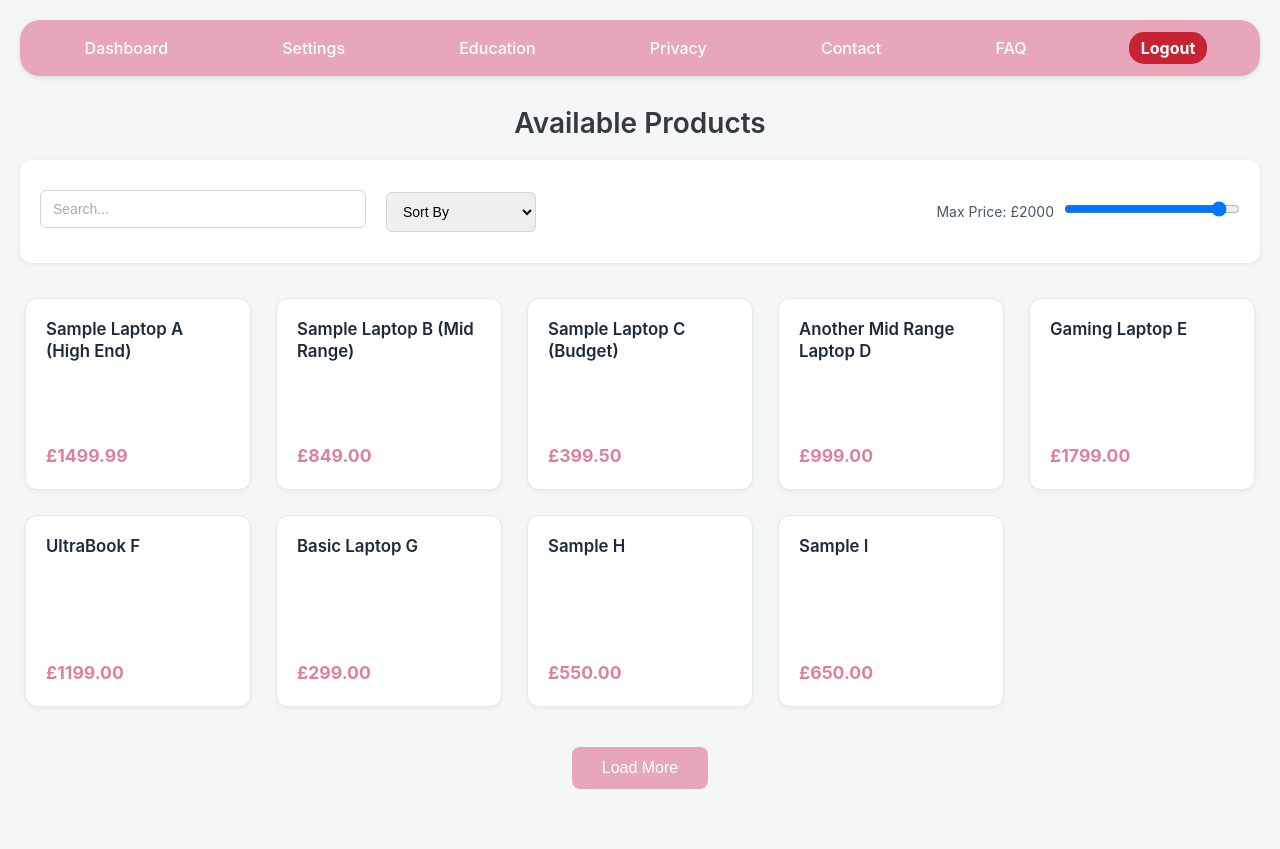
Repository: aab232/https---github.com-aab232-Deferred-Payment-Platform
Page: /main (app in frontend/)
The author's editor kept a copy of each file at every save. The page is drawn from the files as they stood at one save, then again after the next save.
The browser window is 1280 px wide. The pictures show the whole page.
The project was rebuilt for these pictures with package versions that can differ from the ones it lists, and the page was loaded fresh each time. Also part of the build but not shown: frontend/src/components/Home.js, frontend/src/components/Register.js, frontend/src/components/Login.js, frontend/src/components/BackButton.css, frontend/src/components/BackButton.js, frontend/src/components/Settings.js, frontend/src/components/Privacy.js, frontend/src/components/ContactUs.js and 9 more.

Above is the page before, as saved 2025-04-28 06:25:51.

### frontend/src/components/Main.js
import React, { useState, useEffect } from 'react';
import { useNavigate } from 'react-router-dom';
import './Main.css';
import 'react-datepicker/dist/react-datepicker.css';

const mockProducts = [
    // --- Add unique IDs if your actual data has them ---
    { id: "prodA", title: "Sample Laptop A (High End)", price: "£1499.99", link: "#product-a", numericPrice: 1499.99 },
    { id: "prodB", title: "Sample Laptop B (Mid Range)", price: "£849.00", link: "#product-b", numericPrice: 849.00 },
    { id: "prodC", title: "Sample Laptop C (Budget)", price: "£399.50", link: "#product-c", numericPrice: 399.50 },
    { id: "prodD", title: "Another Mid Range Laptop D", price: "£999.00", link: "#product-d", numericPrice: 999.00 },
    { id: "prodE", title: "Gaming Laptop E", price: "£1799.00", link: "#product-e", numericPrice: 1799.00 },
    { id: "prodF", title: "UltraBook F", price: "£1199.00", link: "#product-f", numericPrice: 1199.00 },
    { id: "prodG", title: "Basic Laptop G", price: "£299.00", link: "#product-g", numericPrice: 299.00 },
    { id: "prodH", title: "Sample H", price: "£550.00", link: "#h", numericPrice: 550.00 },
    { id: "prodI", title: "Sample I", price: "£650.00", link: "#i", numericPrice: 650.00 },
    { id: "prodJ", title: "Sample J", price: "£750.00", link: "#j", numericPrice: 750.00 },
    { id: "prodK", title: "Sample K", price: "£1350.00", link: "#k", numericPrice: 1350.00 },
];
// --- ------------------------------------ ---


// --- Helper Function for Authenticated API Calls ---
async function authenticatedFetch(url, options = {}) {
    // Assume JWT token is stored in localStorage after login
    const token = localStorage.getItem('authToken'); // Or get token from context/state management
    const headers = {
        'Content-Type': 'application/json',
        ...options.headers,
    };

    if (token) {
        headers['Authorization'] = `Bearer ${token}`;
    } else {
        console.warn("No auth token found for API call to", url);
        return {
            ok: false, status: 401,
            json: async () => ({ success: false, message: "Authentication token missing." })
        };
    }

    try {
        const apiUrl = process.env.REACT_APP_API_BASE_URL || 'http://localhost:5000'; // Backend URL
        const fullUrl = `${apiUrl}${url}`;
        const response = await fetch(fullUrl, { ...options, headers });
        return response; // Return the raw response
    } catch (error) {
        console.error(`API Fetch Error for ${url}:`, error);
        return { // Simulate fetch error response
            ok: false, status: 503,
            json: async () => ({ success: false, message: "Network error or server unavailable." })
        };
    }
}
// --- ------------------------------------------- ---


// --- Main Component ---
const Main = () => {
    // --- State Variables ---
    // eslint-disable-next-line no-unused-vars
    const [products, setProducts] = useState(mockProducts);
    const [filteredProducts, setFilteredProducts] = useState(mockProducts);
    const [searchTerm, setSearchTerm] = useState('');
    const [sortOption, setSortOption] = useState('');
    const [priceRange, setPriceRange] = useState([0, 2000]);
    const [visibleProducts, setVisibleProducts] = useState(9);

    // Modal & BNPL State
    const [selectedProduct, setSelectedProduct] = useState(null);
    const [assessmentLoading, setAssessmentLoading] = useState(false);
    const [assessmentResult, setAssessmentResult] = useState(null);
    const [selectedTerm, setSelectedTerm] = useState(null);
    const [orderLoading, setOrderLoading] = useState(false);

    const navigate = useNavigate();

    // --- Effect for Filtering and Sorting ---
    useEffect(() => {
        let updatedProducts = products.filter(product =>
            product.title.toLowerCase().includes(searchTerm.toLowerCase()) &&
            product.numericPrice >= priceRange[0] &&
            product.numericPrice <= priceRange[1]
        );
        // Apply sorting (example - requires numericPrice)
        if (sortOption === 'price-asc') updatedProducts.sort((a, b) => a.numericPrice - b.numericPrice);
        else if (sortOption === 'price-desc') updatedProducts.sort((a, b) => b.numericPrice - a.numericPrice);
        else if (sortOption === 'name') updatedProducts.sort((a, b) => a.title.localeCompare(b.title));

        setFilteredProducts(updatedProducts);
        setVisibleProducts(9); // Reset pagination on change
    }, [searchTerm, sortOption, priceRange, products]); // Dependency array is correct

    // --- Event Handlers ---
    const handleShowMore = () => { /* ... */ };
    const openModal = (product) => {setSelectedProduct(product); setAssessmentLoading(false); setAssessmentResult(null); setSelectedTerm(null); setOrderLoading(false); };
    const closeModal = () => setSelectedProduct(null);

    // Handle BNPL Assessment Button Click
    const handleBnplAssessment = async () => {
        if (!selectedProduct) return;
        setAssessmentLoading(true); setAssessmentResult(null); setSelectedTerm(null); setOrderLoading(false);

        const response = await authenticatedFetch('/api/assess_credit', {
            method: 'POST',
            body: JSON.stringify({
                requested_loan_amount: selectedProduct.numericPrice,
                requested_loan_term: null // Term chosen after assessment
            }),
        });
        // Check response status before calling json()
        let resultData;
        try {
             resultData = await response.json();
        } catch (e) {
             console.error("Failed to parse assessment JSON response:", e);
             resultData = { success: false, message: "Received invalid response from server." };
        }


        setAssessmentLoading(false);
        if (response.ok && resultData.success) {
             setAssessmentResult({ ...resultData, success: true });
        } else {
             console.error("Assessment API call failed:", resultData);
             setAssessmentResult({ success: false, message: resultData.message || 'Assessment failed.' });
             // Handle specific status codes if needed (e.g., redirect on 401)
             if(response.status === 401) {
                 // Optional: Add automatic redirect to login
                 // navigate('/login');
             }
        }
    };

    // Handle Confirm BNPL Order Button Click
    const handleProceedWithBnpl = async () => {
        if (!assessmentResult?.success || !selectedTerm || !selectedProduct || orderLoading) {
             let alertMsg = "Cannot proceed: "; if (!selectedTerm) alertMsg += "Select term. ";
             console.error("Proceed conditions not met:", { assessmentResult, selectedTerm, selectedProduct, orderLoading });
             alert(alertMsg.trim() || "Required information missing."); return;
        }

        console.log(`Confirming order: Product=${selectedProduct.title}, Term=${selectedTerm}, AssessID=${assessmentResult.assessmentId}`);
        setOrderLoading(true);

        const response = await authenticatedFetch('/api/confirm_bnpl_order', {
            method: 'POST',
            body: JSON.stringify({
                product: { /* ... product details ... */ }, term: selectedTerm,
                assessmentId: assessmentResult.assessmentId,
            }),
        });
        // Check response status before calling json()
        let resultData;
        try {
             resultData = await response.json();
        } catch(e) {
            console.error("Failed to parse order confirmation JSON response:", e);
            resultData = { success: false, message: "Received invalid response from server." };
        }

        setOrderLoading(false);
        if (response.ok && resultData.success) {
            alert(`Order confirmed (ID: ${resultData.orderId})!`); // Simple confirmation
            closeModal();
            // Optional: navigate('/dashboard');
        } else {
            console.error("Order Confirmation API call failed:", resultData);
            alert(`Order could not be confirmed: ${resultData.message || 'Please try again.'}`);
             // Keep modal open? Allow retry?
        }
    };


    // --- RETURN JSX ---
    return (
        <div className="main-container">
            {/* --- Navigation Taskbar --- */}
            <nav className="taskbar">
                <span className="tab" onClick={() => navigate('/dashboard')}>Dashboard</span>
                <span className="tab" onClick={() => navigate('/settings')}>Settings</span>
                <span className="tab" onClick={() => navigate('/education')}>Education</span>
                <span className="tab" onClick={() => navigate('/privacy')}>Privacy</span>
                <span className="tab" onClick={() => navigate('/contact')}>Contact</span>
                <span className="tab" onClick={() => navigate('/faq')}>FAQ</span>
                <span className="tab logout" onClick={() => { localStorage.removeItem('authToken'); navigate('/login'); }}>Logout</span>
            </nav>

            <h1>Available Products</h1>

            {/* --- Filter/Sort Controls --- */}
            <div className="controls filters">
                <input
                    type="text"
                    placeholder="Search..."
                    value={searchTerm}
                    onChange={(e) => setSearchTerm(e.target.value)}
                    aria-label="Search products"
                 />
                <select value={sortOption} onChange={(e) => setSortOption(e.target.value)} aria-label="Sort products">
                    <option value="">Sort By</option>
                    <option value="price-asc">Price Low-High</option>
                    <option value="price-desc">Price High-Low</option>
                    <option value="name">Name A-Z</option>
                </select>
                <div className="price-filter">
                    <label htmlFor="priceRange">Max Price: £{priceRange[1]}</label>
                    <input
                        id="priceRange" type="range" min="0" max="2000" step="50"
                        value={priceRange[1]} onChange={(e) => setPriceRange([0, Number(e.target.value)])}
                        aria-label="Maximum price"
                    />
                </div>
            </div>

            {/* --- Product Display Area --- */}
            <div className="content-area">
                <div className="products-container">
                    {/* Check if filteredProducts is not empty */}
                    {filteredProducts && filteredProducts.length > 0 ? (
                        filteredProducts.slice(0, visibleProducts).map((product, index) => (
                            // Added fallback key and check if product exists
                            product ? (
                                <div
                                    key={product.id || `prod-${index}`} // Use product ID if available
                                    className="product-card"
                                    onClick={() => openModal(product)}
                                    role="button"
                                    tabIndex="0"
                                    aria-label={`View details for ${product.title}`}
                                >
                                    <h3 className="product-title">{product.title}</h3>
                                    <p className="product-price">{product.price}</p>
                                    {/* Can add image or other details here */}
                                </div>
                            ) : null // Render nothing if product is somehow null/undefined
                        ))
                    ) : (
                        // Message when no products match filters
                        <p>No products match your criteria.</p>
                    )}
                </div>
                {/* --- Load More Button --- */}
                {filteredProducts.length > visibleProducts && (
                    <button onClick={handleShowMore} className="load-more-button" disabled={visibleProducts >= filteredProducts.length}>
                        Load More
                    </button>
                )}
            </div>

            {/* --- Product Detail Modal --- */}
            {/* Render modal only if selectedProduct is not null */}
            {selectedProduct && (
                <div className="product-modal-backdrop" onClick={closeModal}> {/* Click backdrop to close */}
                    <div className="modal-content" onClick={(e) => e.stopPropagation()}> {/* Prevent closing when clicking content */}
                        <button className="close-button" onClick={closeModal} aria-label="Close modal">×</button>
                        <h2>{selectedProduct.title}</h2>
                        <p className="modal-price">{selectedProduct.price}</p>

                        {/* --- BNPL Assessment Section --- */}
                        <div className="bnpl-section">
                            <button className="modal-action-button bnpl-button" onClick={handleBnplAssessment} disabled={assessmentLoading || orderLoading}>
                                {assessmentLoading ? 'Assessing...' : 'Buy Now, Pay Later'}
                            </button>

                            {/* Assessment Feedback */}
                            {assessmentLoading && <p className="assessment-status">Checking eligibility...</p>}
                            {orderLoading && <p className="assessment-status">Confirming your order...</p>}
                            {assessmentResult && !assessmentResult.success && (
                                <p className="assessment-error">Error: {assessmentResult.message}</p>
                            )}

                            {/* Success Result */}
                            {assessmentResult && assessmentResult.success && (
                                <div className="assessment-results">
                                    <h4>Assessment Result:</h4>
                                    {assessmentResult.entitlements && (assessmentResult.entitlements.limit >= selectedProduct.numericPrice) ? ( // Check entitlements exist
                                        <>
                                            <p className="assessment-approved">✅ Approved! You can pay £{selectedProduct.numericPrice.toFixed(2)} over:</p>
                                            <div className="term-selection">
                                                {/* Check terms exist and is an array */}
                                                {(assessmentResult.entitlements.terms && Array.isArray(assessmentResult.entitlements.terms) && assessmentResult.entitlements.terms.length > 0) ? (
                                                    assessmentResult.entitlements.terms.map(term => (
                                                        <button
                                                            key={term}
                                                            className={`term-button ${selectedTerm === term ? 'selected' : ''}`}
                                                            onClick={() => setSelectedTerm(term)}
                                                        >
                                                            {term} months
                                                        </button>
                                                    ))
                                                ) : (
                                                     <p>No payment terms available.</p>
                                                )}
                                            </div>
                                            {/* Enable button only if terms available AND one is selected */}
                                            {(assessmentResult.entitlements.terms?.length > 0) && (
                                                <button
                                                    className="modal-action-button proceed-button"
                                                    onClick={handleProceedWithBnpl}
                                                    disabled={!selectedTerm || orderLoading}
                                                >
                                                    {orderLoading ? "Processing..." : "Confirm Purchase"}
                                                </button>
                                            )}
                                        </>
                                    ) : ( // Case where limit < price
                                        <p className="assessment-partial">
                                            ℹ️ Your approved limit is £{(assessmentResult.entitlements?.limit ?? 0).toFixed(2)}, which is less than the product price (£{selectedProduct.numericPrice.toFixed(2)}).
                                        </p>
                                    )}
                                     <p className="assessment-note">
                                        (Your Tier: {assessmentResult.entitlements?.tier ?? 'N/A'}. <span className="link-lookalike" onClick={() => { closeModal(); navigate('/dashboard'); }}>View Dashboard</span>)
                                    </p>
                                </div>
                            )}
                        </div>

                         {/* Add to Basket Button */}
                        <button className="modal-action-button add-basket-button" style={{marginTop: '15px'}} disabled={assessmentLoading || orderLoading}>
                            Add to Basket
                        </button>

                    </div>
                </div>
            )}
        </div> // End main-container
    );
// --- ADD THIS CLOSING BRACE ---
}; // <--- THIS WAS LIKELY THE MISSING BRACE/ERROR POINT

export default Main;

### frontend/src/components/Home.css
.container {
    display: flex;
    justify-content: center;
    align-items: center;
    height: 100vh; /* Full viewport height */
    background: linear-gradient(135deg, #252f3b, #252d3b); /* Elegant gradient */
  }

  .card {
    text-align: center;
    background: #fff;
    padding: 40px 60px;
    border-radius: 24px;
    box-shadow: 0 8px 32px rgba(0, 0, 0, 0.2);
    max-width: 350px;
    width: 100%;
  }

  h1 {
    margin-bottom: 16px;
    font-size: 28px;
    color: #252f3b;
  }

  p {
    margin-bottom: 32px;
    font-size: 16px;
    color: #555;
  }

  .button-group {
    display: flex;
    justify-content: space-between;
  }

  .btn {
    padding: 12px 24px;
    font-size: 16px;
    border: none;
    border-radius: 30px; /* Rounded buttons */
    cursor: pointer;
    transition: background 0.3s ease;
    color: white;
    background: #252f3b;
  }

  .btn:hover {
    background: #252f3b; /* Button hover effect */
  }

### frontend/src/components/Form.css
.container {
  display: flex;
  justify-content: center;
  align-items: center;
  height: 100vh;
  background: linear-gradient(200deg, #eff7f6, #F7D6E0);
}

.form-card {
  background: white;
  padding: 40px 60px;
  border-radius: 24px;
  box-shadow: 0 8px 32px rgba(0, 0, 0, 0.2);
  max-width: 400px;
  width: 100%;
  text-align: center;
}

h2 {
  color: #252f3b;
}

input {
  display: block;
  width: 100%;
  margin: 10px 0;
  padding: 12px;
  border: 1px solid #ddd;
  border-radius: 30px;
}

.btn {
  padding: 12px 24px;
  margin-top: 20px;
  border-radius: 30px;
  border: none;
  color: white;
  background: #6b212e;
  cursor: pointer;
}

.btn:hover {
  background: #a41b34;
}

.link {
  color: #6b212e;
  cursor: pointer;
}

Loaded but not shown: frontend/public/index.html (common file); frontend/src/index.js (common file); frontend/src/index.css (common file); frontend/src/App.js (37 lines, source omitted); frontend/src/components/Main.css (298 lines, source omitted); frontend/src/components/ContactUs.css (52 lines, source omitted); frontend/src/components/Settings.css (104 lines, source omitted); frontend/src/components/Privacy.css (78 lines, source omitted)

After the next save:
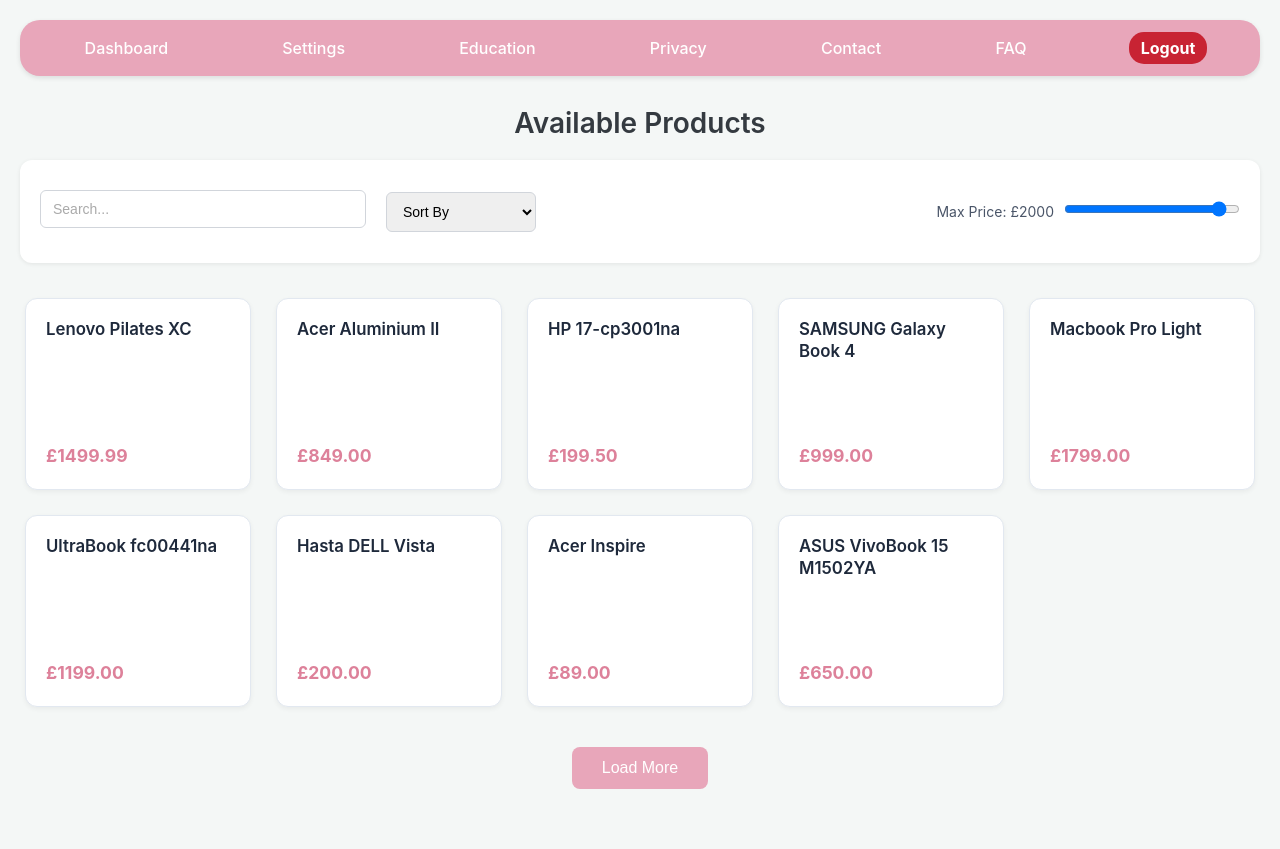
Saved 61 s later.
--- a/frontend/src/components/Main.js
+++ b/frontend/src/components/Main.js
@@ -5,17 +5,17 @@ import 'react-datepicker/dist/react-datepicker.css';
 
 const mockProducts = [
     // --- Add unique IDs if your actual data has them ---
-    { id: "prodA", title: "Sample Laptop A (High End)", price: "£1499.99", link: "#product-a", numericPrice: 1499.99 },
-    { id: "prodB", title: "Sample Laptop B (Mid Range)", price: "£849.00", link: "#product-b", numericPrice: 849.00 },
-    { id: "prodC", title: "Sample Laptop C (Budget)", price: "£399.50", link: "#product-c", numericPrice: 399.50 },
-    { id: "prodD", title: "Another Mid Range Laptop D", price: "£999.00", link: "#product-d", numericPrice: 999.00 },
-    { id: "prodE", title: "Gaming Laptop E", price: "£1799.00", link: "#product-e", numericPrice: 1799.00 },
-    { id: "prodF", title: "UltraBook F", price: "£1199.00", link: "#product-f", numericPrice: 1199.00 },
-    { id: "prodG", title: "Basic Laptop G", price: "£299.00", link: "#product-g", numericPrice: 299.00 },
-    { id: "prodH", title: "Sample H", price: "£550.00", link: "#h", numericPrice: 550.00 },
-    { id: "prodI", title: "Sample I", price: "£650.00", link: "#i", numericPrice: 650.00 },
-    { id: "prodJ", title: "Sample J", price: "£750.00", link: "#j", numericPrice: 750.00 },
-    { id: "prodK", title: "Sample K", price: "£1350.00", link: "#k", numericPrice: 1350.00 },
+    { id: "prodA", title: "Lenovo Pilates XC", price: "£1499.99", link: "#product-a", numericPrice: 1499.99 },
+    { id: "prodB", title: "Acer Aluminium II", price: "£849.00", link: "#product-b", numericPrice: 849.00 },
+    { id: "prodC", title: "HP 17-cp3001na", price: "£199.50", link: "#product-c", numericPrice: 199.50 },
+    { id: "prodD", title: "SAMSUNG Galaxy Book 4", price: "£999.00", link: "#product-d", numericPrice: 999.00 },
+    { id: "prodE", title: "Macbook Pro Light", price: "£1799.00", link: "#product-e", numericPrice: 1799.00 },
+    { id: "prodF", title: "UltraBook fc00441na", price: "£1199.00", link: "#product-f", numericPrice: 1199.00 },
+    { id: "prodG", title: "Hasta DELL Vista", price: "£200.00", link: "#product-g", numericPrice: 200.00 },
+    { id: "prodH", title: "Acer Inspire", price: "£89.00", link: "#h", numericPrice: 89.00 },
+    { id: "prodI", title: "ASUS VivoBook 15 M1502YA", price: "£650.00", link: "#i", numericPrice: 650.00 },
+    { id: "prodJ", title: "DELL INSPION 16 5640", price: "£750.00", link: "#j", numericPrice: 750.00 },
+    { id: "prodK", title: "Jumper Pro 15.6 Inch HD Laptop", price: "£1350.00", link: "#k", numericPrice: 1350.00 },
 ];
 // --- ------------------------------------ ---
 
